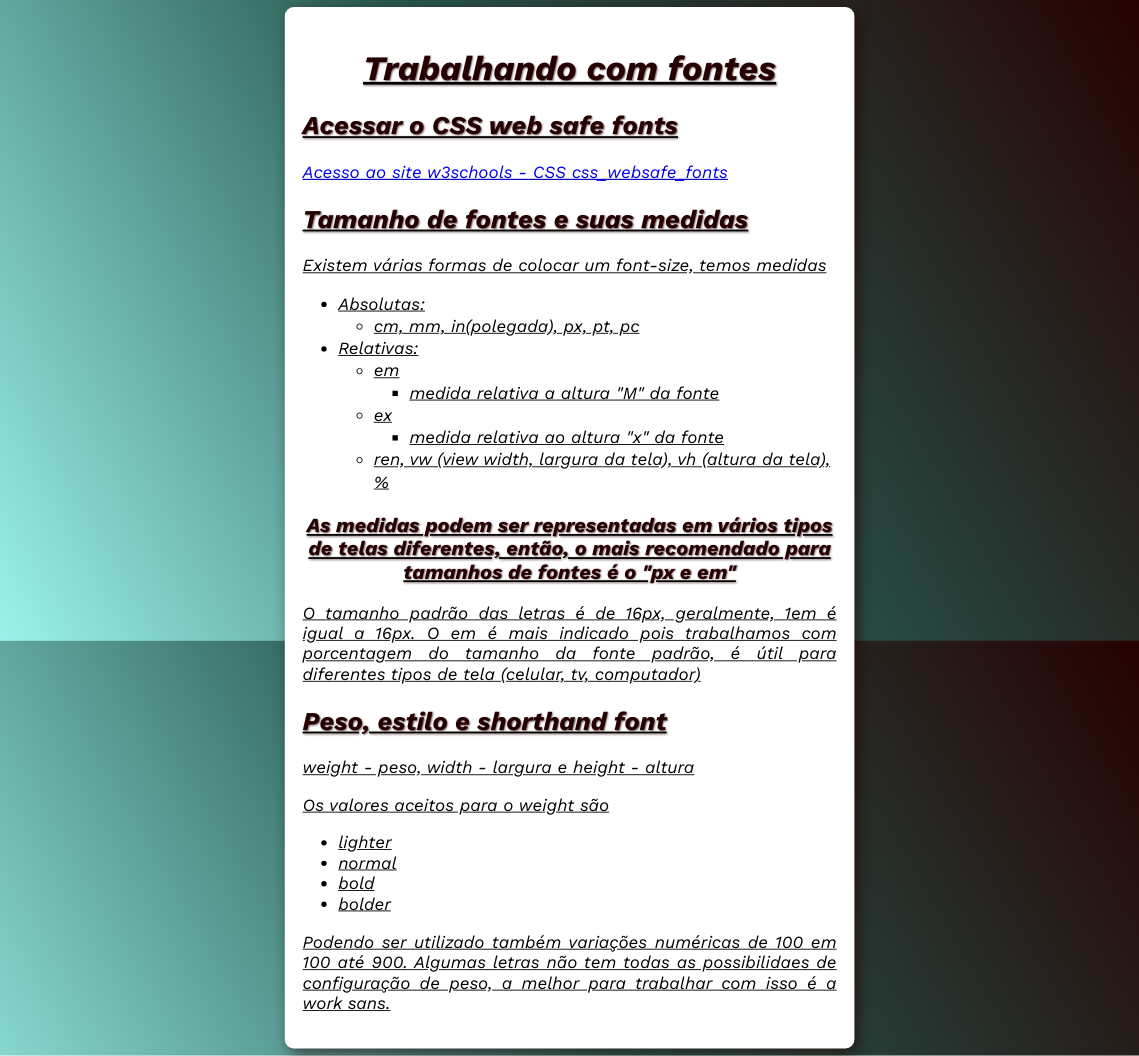
Repository: Willcmorais/vscode-workspace
Page: html-css/curso-em-video/modulo02/estudos/ex022-trab-fontes/fontes.html
These files come from the project's save history. The page is drawn as it stood at one moment and after a run of saves; the edit follows.
The browser window is 1280 px wide. The pictures show the whole page, at 89% of full size.
Backgrounds fixed to the window are drawn as part of the page.

Above is the page before, as saved 2024-09-18 21:16:10.

After the next 2 saves:
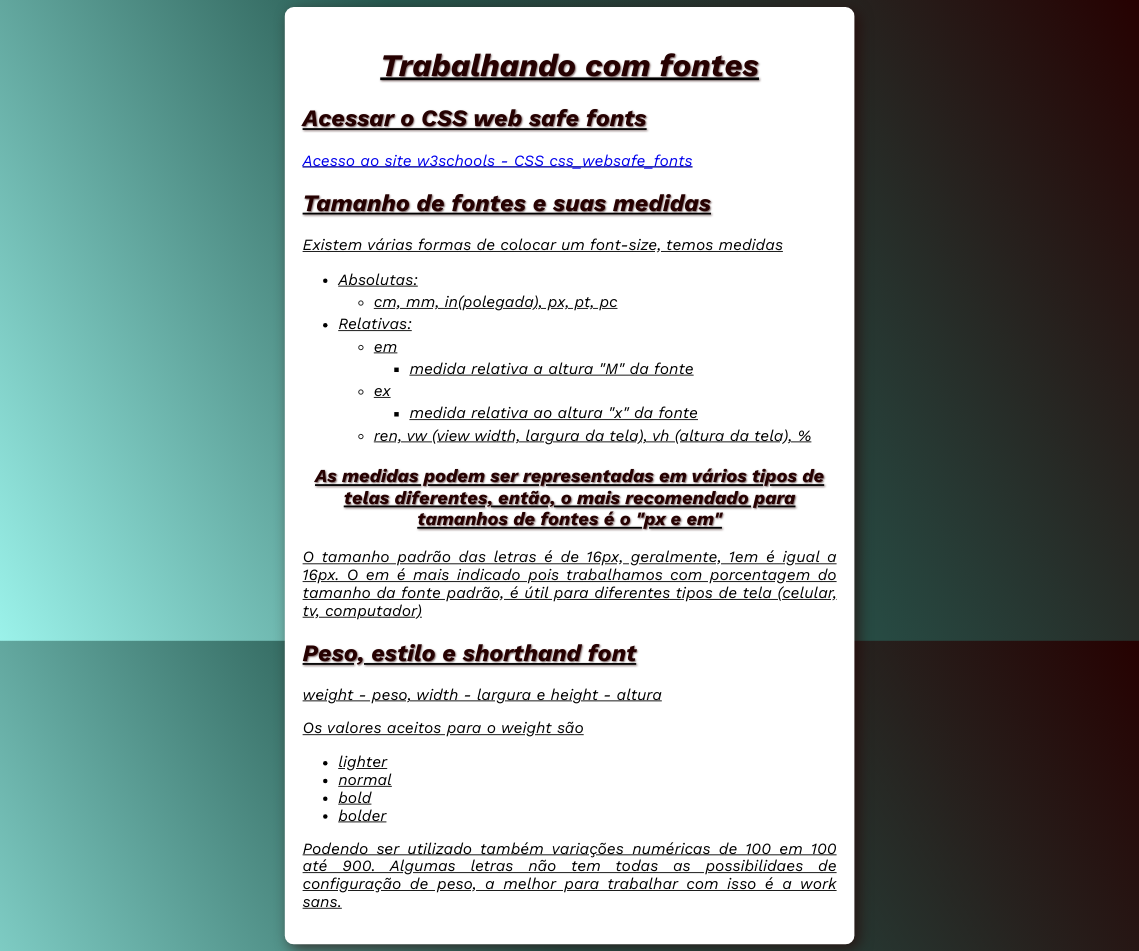
The 2 saves are shown as one change because they came seconds apart.
The last was saved 20 s later.
--- a/html-css/curso-em-video/modulo02/estudos/ex022-trab-fontes/fontes.html
+++ b/html-css/curso-em-video/modulo02/estudos/ex022-trab-fontes/fontes.html
@@ -10,7 +10,7 @@
         @import url('https://fonts.googleapis.com/css2?family=Work+Sans:ital,wght@0,100;0,200;0,300;0,400;0,500;0,600;0,700;0,800;0,900;1,100;1,200;1,300;1,400;1,500;1,600;1,700;1,800;1,900&display=swap');
 
         body {
-            font-size: 1.2em;
+            font-size: 1.1em;
             /*para negrito*/
             font-weight: 400;
             /*para italico*/
